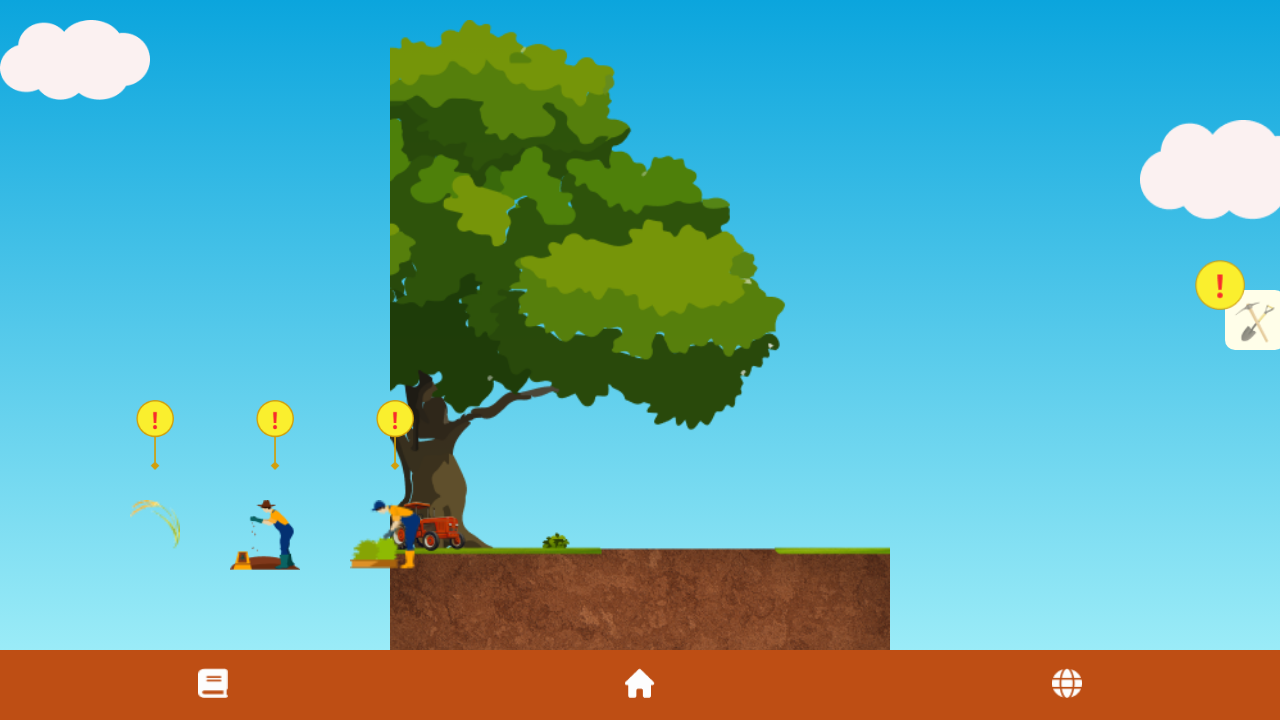
Repository: kobuchisouta/kome-app
Page: /
An editor plug-in stored every save of this project. The page is shown before and after a run of saves, followed by the edit.
The browser window is 1280 px wide. The pictures show the whole page.
The project was rebuilt for these pictures with package versions that can differ from the ones it lists, and the page was loaded fresh each time. The framework's server and built-in components were replaced by stand-ins that run in the browser. Also part of the build but not shown: next.config.ts.

Above is the page before, as saved 2025-01-29 11:16:18.

### src/app/layout.tsx
import type { Metadata } from "next";
import localFont from "next/font/local";
import "./globals.css";
import Footer from "./components/footer/Footer";

const geistSans = localFont({
  src: "./fonts/GeistVF.woff",
  variable: "--font-geist-sans",
  weight: "100 900",
});
const geistMono = localFont({
  src: "./fonts/GeistMonoVF.woff",
  variable: "--font-geist-mono",
  weight: "100 900",
});

export const metadata: Metadata = {
  title: "Create Next App",
  description: "Generated by create next app",
};

export default function RootLayout({
  children,
}: Readonly<{
  children: React.ReactNode;
}>) {
  return (
    <html lang="ja">
      <body>
        <header>
        </header>
        <main>

          {children}
        </main>
        <Footer />
      </body>
    </html>

  );
}

### src/app/page.tsx
"use client";
import Head from 'next/head';
import Image from 'next/image';
import { useState } from 'react';
import styles from './page.module.css'; // モジュールCSS
import Link from 'next/link';

export default function Home() {
  const [isModalOpen, setIsModalOpen] = useState(false);

  const openModal = () => setIsModalOpen(true);
  const closeModal = () => setIsModalOpen(false);

  return (
    <>
      <Head>
        <title>米⭐︎すたー</title>
        <meta name="viewport" content="width=device-width,initial-scale=1.0,minimum-scale=1.0" />
        <meta name="description" content="ここに説明文を設定" />
      </Head>

      <main className={styles.main}>
        <div className={styles.contents}>
          <div className={styles.clouds}>
            <p className={styles.cloud1}>
              <Image src="/cloud1.png" alt="雲" width={150} height={80} />
            </p>
            <p className={styles.cloud2}>
              <Image src="/cloud2.png" alt="雲" width={170} height={100} />
            </p>
          </div>

          <div className={styles.tools}>
            <div className={styles.toolBar}>
              <p>
                <Image src="/tools.png" alt="道具" width={50} height={50} />
              </p>
            </div>
            <div className={styles.lookUp}>
              <p>
                <Image src="/pickup.png" alt="見て" width={50} height={50} />
              </p>
            </div>
          </div>

          <div className={styles.stages}>
            <div className={styles.stagePick}>
              <a className={`${styles.stage} ${styles.modalOpen}`} onClick={openModal}>
                <Image src="/pick.png" alt="クリック" width={70} height={70} />
              </a>
              <a className={`${styles.stage} ${styles.modalOpen}`} onClick={openModal}>
                <Image src="/pick.png" alt="クリック" width={70} height={70} />
              </a>
              <a className={`${styles.stage} ${styles.modalOpen}`} onClick={openModal}>
                <Image src="/pick.png" alt="クリック" width={70} height={70} />
              </a>
            </div>

            {isModalOpen && (
              <div className={styles.modal}>
                <div className={styles.modalInner}>
                  <div className={styles.modalContent}>
                    <div className={styles.modalHeader}>
                      <h1>土地選びと購入準備</h1>
                    </div>
                    <div className={styles.modalBody}>
                      <Link href={"/home"}>エリア調査</Link>
                      <Link href={"/home"}>土地の購入</Link>
                      <a href="#">土地の整地</a>
                      <a href="#">水利権の確認</a>
                      <a href="#">情報収集</a>
                    </div>
                    <div className={styles.modalFooter}>
                      <span className={styles.modalClose} onClick={closeModal}>
                        閉じる
                      </span>
                    </div>
                  </div>
                </div>
              </div>
            )}

            <div className={styles.stageImg}>
              <a className={styles.stage1} >
                <Image src="/ine.png" alt="稲" width={50} height={50} />
              </a>
              <a className={styles.stage2}>
                <Image src="/makimaki.png" alt="田植え" width={70} height={70} />
              </a>
              <a className={styles.stage3}>
                <Image src="/sawasawa.png" alt="手入れ" width={70} height={70} />
              </a>
            </div>
          </div>
        </div>
      </main>
    </>
  );
}

### src/app/globals.css
* {
	margin: 0;
	padding: 0;
	box-sizing: border-box;
}
body {
	color: var(--foreground);
	background: var(--background);
	font-family: Arial, Helvetica, sans-serif;
	-webkit-font-smoothing: antialiased;
	-moz-osx-font-smoothing: grayscale;
	display: flex;
	flex-direction: column;
	width: 100%;
	height: 100%;
	margin: 0 auto;
}

* {
	box-sizing: border-box;
	text-decoration: none;
	list-style: none;
}

html {
	width: 100%;
	height: 100vh;
}

### src/app/components/footer/Footer.tsx

import Image from 'next/image';
import styles from './style.module.css';

export default function Footer() {
    return (
        <footer className={styles.footer}>
            <a href='/book' className={styles.book}>
                <Image src="/book.png" alt="book" width={30} height={30} />
            </a>
            <a href='/' className={styles.home}>
                <Image src="/house.png" alt="house" width={30} height={30} />
            </a>
            <a href='/news' className={styles.globe}>
                <Image src="/globe.png" alt="globe" width={30} height={30} />
            </a>
        </footer>
    );
}

### src/app/page.module.css
.main {
	background: url("/tree.png"), linear-gradient(#0ba5dd 0%, #aaf3fa 100%);
	background-repeat: no-repeat, no-repeat;
	background-position: bottom, center; /* 画像を中央に配置 */
	background-size: 500px 700px, auto; /* グラデーションは自動サイズ、画像はカバー */
	width: 100%;
	height: 100vh;
	position: fixed;
}

.contents {
	z-index: 100;
}

.clouds {
	.cloud1 {
		position: absolute;
		top: 20px;
	}

	.cloud2 {
		position: absolute;
		top: 120px;
		right: -30px;
	}
}
.tools {
	background: #fffee9;
	border-radius: 10px;
	width: 60px;
	height: 60px;
	position: absolute;
	right: -5px;
	top: 290px;

	.toolBar img {
		position: absolute;
		top: 8px;
		left: 4px;
	}

	.lookUp img {
		position: absolute;
		left: -30px;
		top: -30px;
	}
}

.stages {
	.stageImg {
		position: relative;
		display: flex;
		gap: 50px;
		top: 500px;
		left: 130px;
	}

	.stagePick {
		position: absolute;
		bottom: 220px;
		left: 120px;
		display: flex;
		gap: 20px;
		align-items: flex-end;
		background-color: transparent; /* 必要に応じて透明に設定 */
	}
	.stagePick:hover {
		animation: poyopoyo 2s ease-out infinite;
		opacity: 1;
	}
	@keyframes poyopoyo {
		0%,
		40%,
		60%,
		80% {
			transform: scale(1.0);
		}
		50%,
		70% {
			transform: scale(0.95);
		}
	}

	.stagePick {
		background-color: none;
	}

	.stage {
		position: relative;
		width: 100px;
		height: 100px;
	}
	.stage img {
		position: absolute;
		object-fit: contain;
	}
}

.modal {
	position: fixed;
	top: 0;
	left: 0;
	width: 100%;
	height: 100%;
	background-color: rgba(0, 0, 0, 0.5);
	display: flex;
	justify-content: center;
	align-items: center;
	z-index: 1000;
}

.modalInner {
	background-color: #f2ac3b;
	padding: 20px;
	border-radius: 10px;
	width: 80%;
	max-width: 500px;
}

.modalHeader,
.modalBody,
.modalFooter {
	margin-bottom: 10px;
	display: flex;
	justify-content: center;
	align-items: center;
	flex-direction: column;
	gap: 10px;
}

.modalHeader h1 {
	color: #fff;
	font-size: 1.5rem;
}

.modalBody a {
	color: #fff;
	border: #fff solid 1px;
	width: 100%;
	height: 50px;
	font-weight: bold;
	text-align: center;
	line-height: 50px;
	border-radius: 8px;
}

.modalClose {
	width: 150px;
	height: 50px;
	border-radius: 8px;
	text-align: center;
	line-height: 50px;
	background: #fff;
}
@keyframes modalopen {
	from {
		opacity: 0;
	}
	to {
		opacity: 1;
	}
}

.modal-header h1 {
	margin: 1rem 0;
}

.modal-close {
	font-size: 1.8rem;
}

.modal-close:hover {
	cursor: pointer;
}

### src/app/components/footer/style.module.css
.footer {
	width: 100%;
	height: 70px;
	display: flex;
	justify-content: space-around;
	align-items: center;
	background: #be4e14;
	z-index: 100;
	position: fixed;
	bottom: 0;
}

After the next 2 saves:
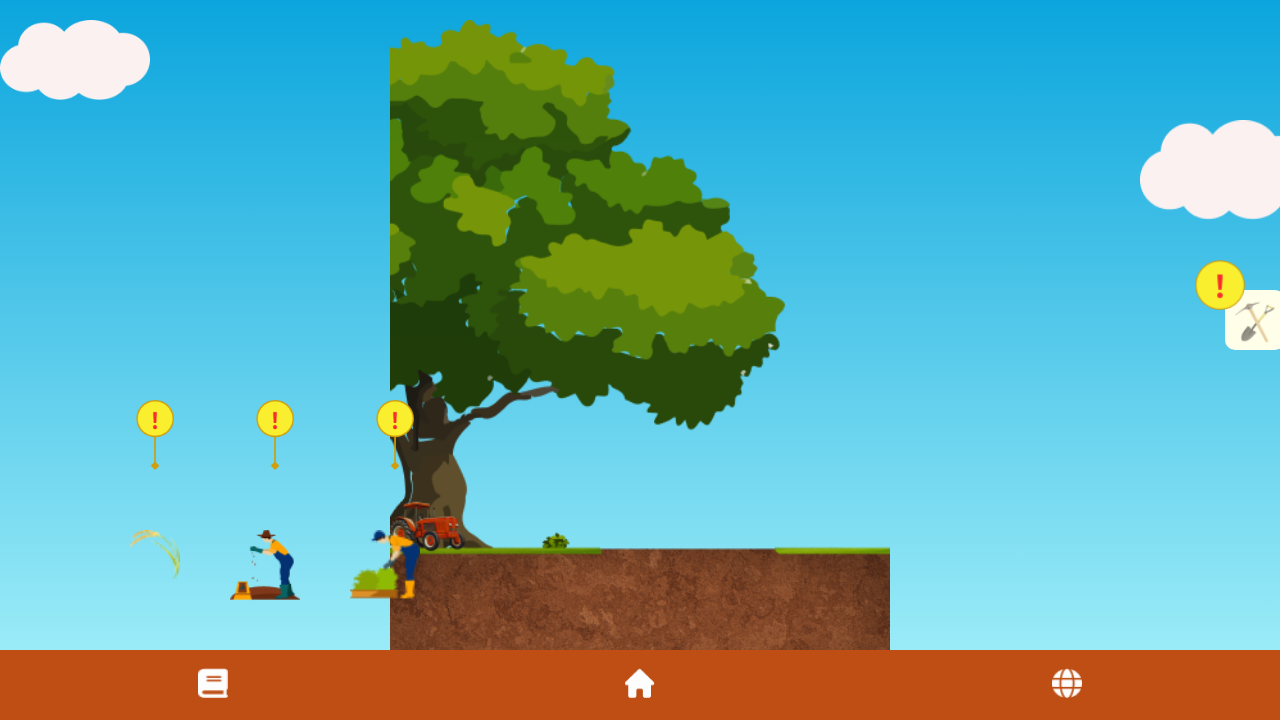
The 2 saves are shown as one change because they came seconds apart.
The last was saved 8 s later.
--- a/src/app/page.module.css
+++ b/src/app/page.module.css
@@ -51,7 +51,7 @@
 		position: relative;
 		display: flex;
 		gap: 50px;
-		top: 500px;
+		top: 530px;
 		left: 130px;
 	}
 
